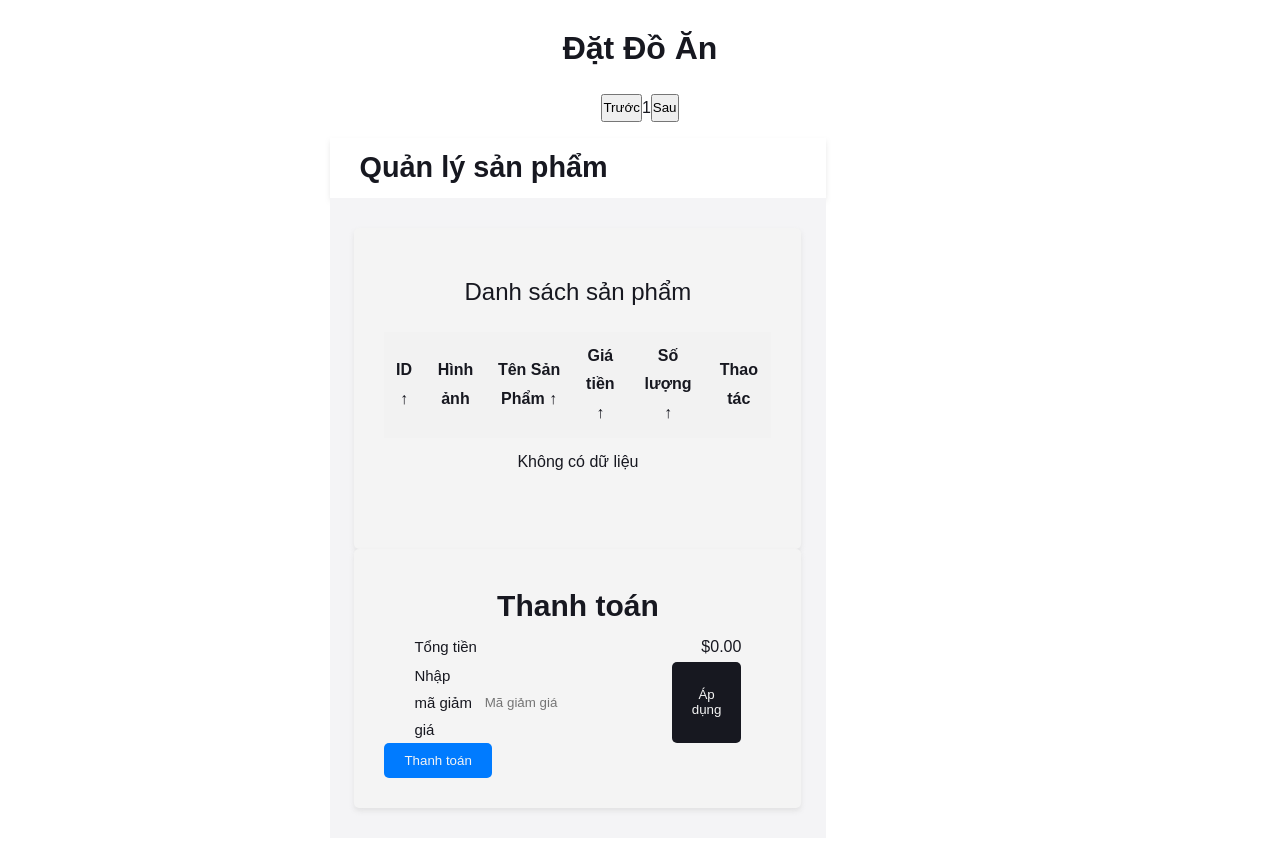
Repository: Tuananhdeptrai723/dientoandammay
Page: http://localhost/main/main.php
An editor plug-in stored every save of this project. The page is shown before and after the next save, followed by the edit.
The browser window is 1280 px wide. The pictures show the whole page.
The page is run by PHP 8.4 with error messages shown; the project is at /var/www/html/. Queries for data that is not in the repository find no rows.

Above is the page before, as saved 2024-06-04 20:20:07.

After the next save:
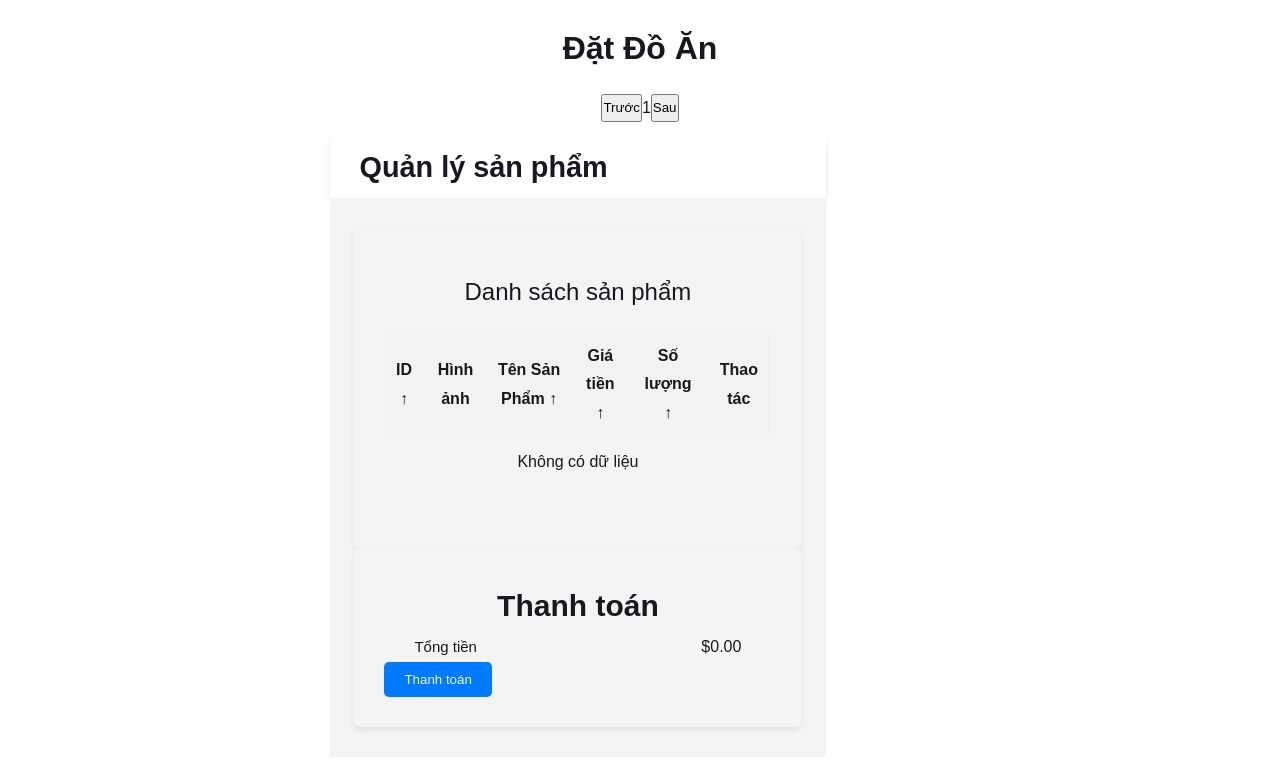
Saved 20 s later.
--- a/main/main.php
+++ b/main/main.php
@@ -86,13 +86,6 @@ include './ConnectDb.php';
             <p class="title-row">Tổng tiền</p>
             <?php echo "$" . number_format($totalPrice, 2); ?>
           </div>
-          <div class="box-dashboard-row">
-            <p class="title-row">Nhập mã giảm giá</p>
-            <div style="display: flex">
-              <input class="discount" type="text" placeholder="Mã giảm giá"></input>
-              <button class="btn-apdung">Áp dụng</button>
-            </div>
-          </div>
           <div class="box-dashboard-row"></div>
           <div class="box-dashboard-row"></div>
           <button id="openModalBtn" class="payBtn">Thanh toán</button>
